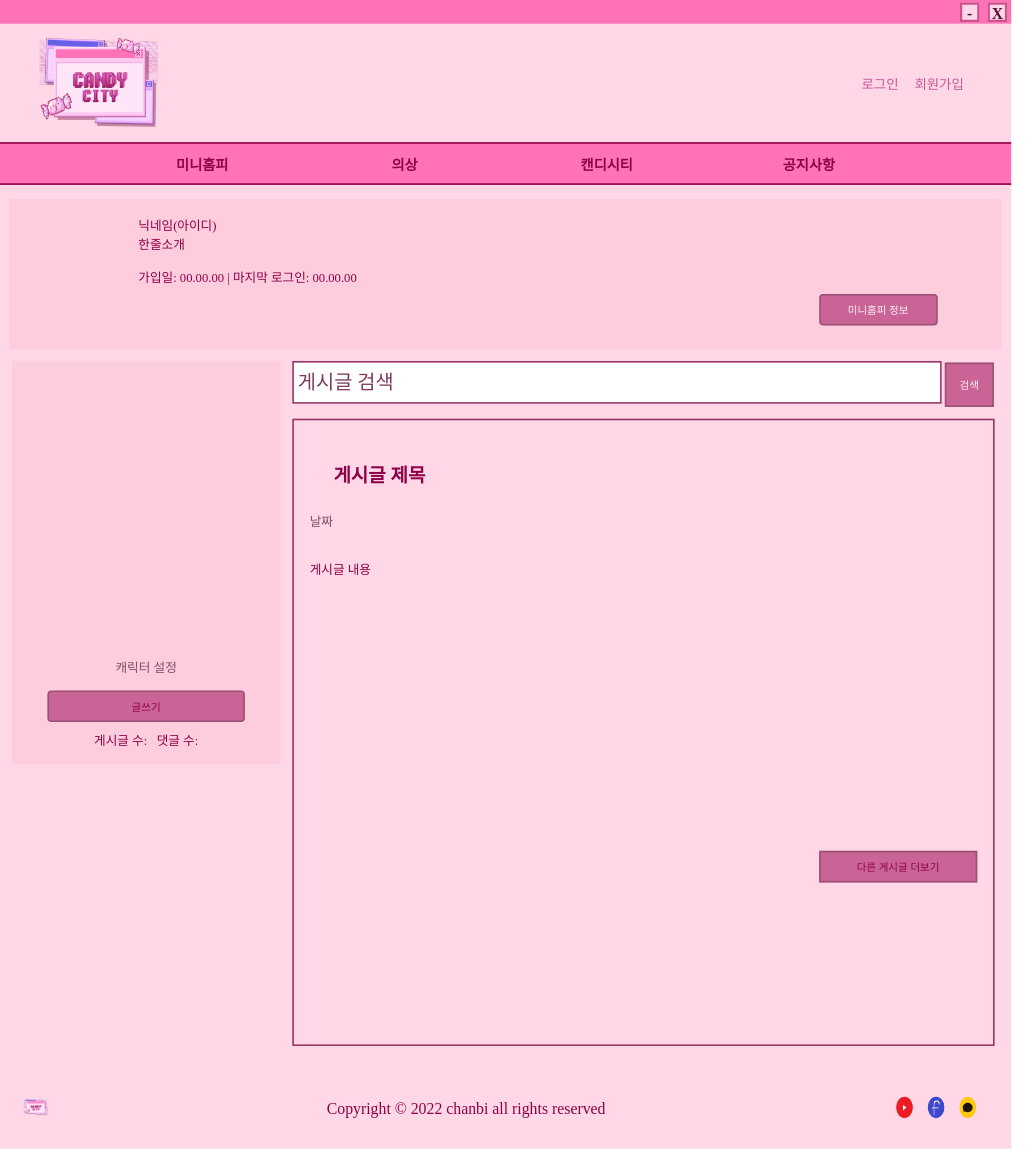
Repository: chanbiM/candyCityProject
Page: http://localhost/CandyCityProj/GetHomepi?id=null
An editor plug-in stored every save of this project. The page is shown before and after the next save, followed by the edit.
The browser window is 1280 px wide. The page is 1310 px wide, so the pictures cover 1310 px, including what lies to the right of the window. The pictures show the whole page, at 79% of full size.
Some web fonts or font styles are not loaded; a fallback is used. The page is served by Tomcat 9. Queries for data that is not in the repository find no rows.

Above is the page before, as saved 2022-11-17 15:38:38.

After the next save:
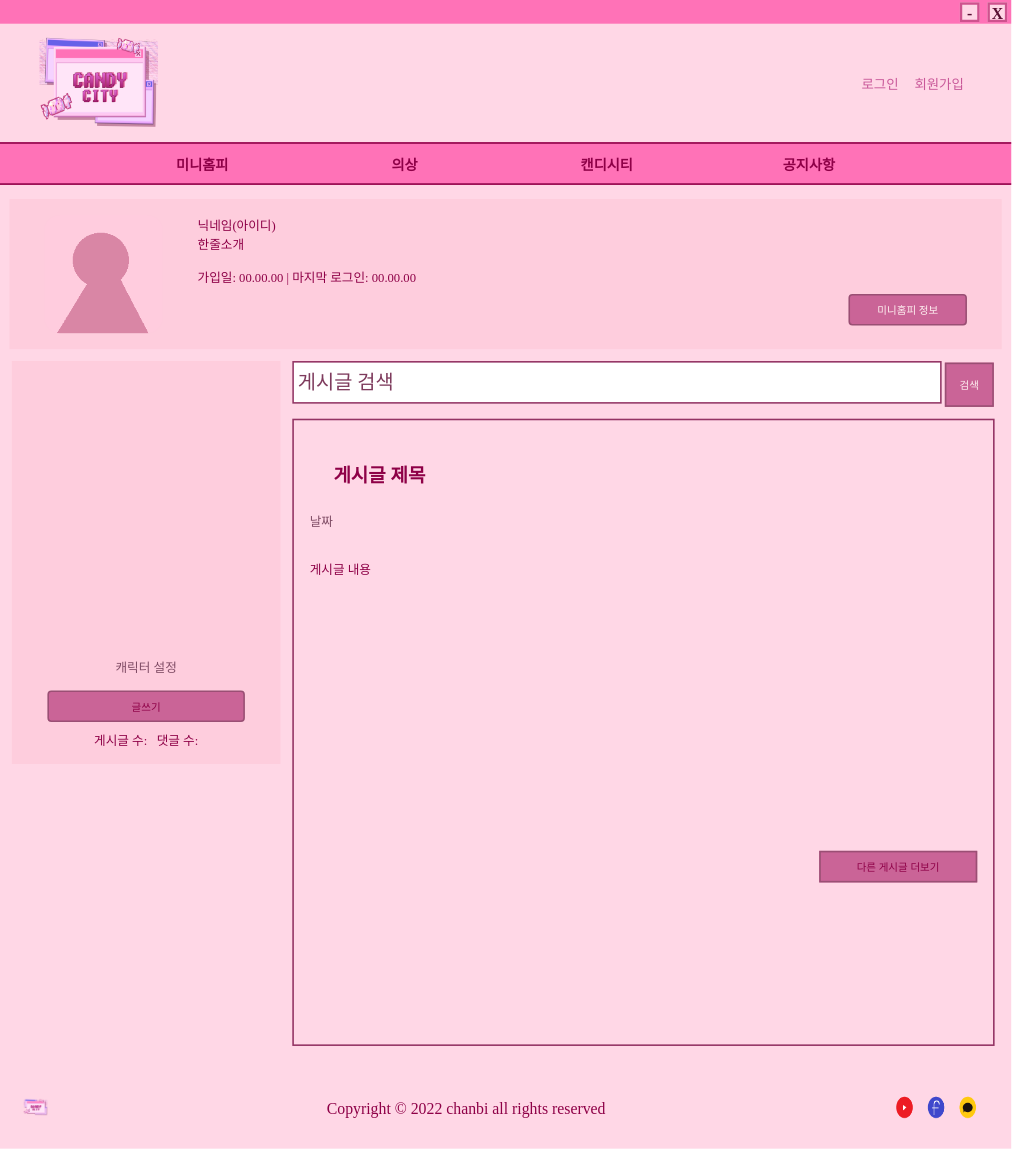
Saved 2 min 28 s later.
--- a/CandyCityProj/WebContent/member/homepi/homepi.jsp
+++ b/CandyCityProj/WebContent/member/homepi/homepi.jsp
@@ -9,7 +9,7 @@
 				<ul>
 					<li>
 						<div class="profile_char">
-							<!-- 유저 캐릭터 삽입-->
+							<img alt="" src="./images/profile.png">
 						</div>
 					</li>
 
